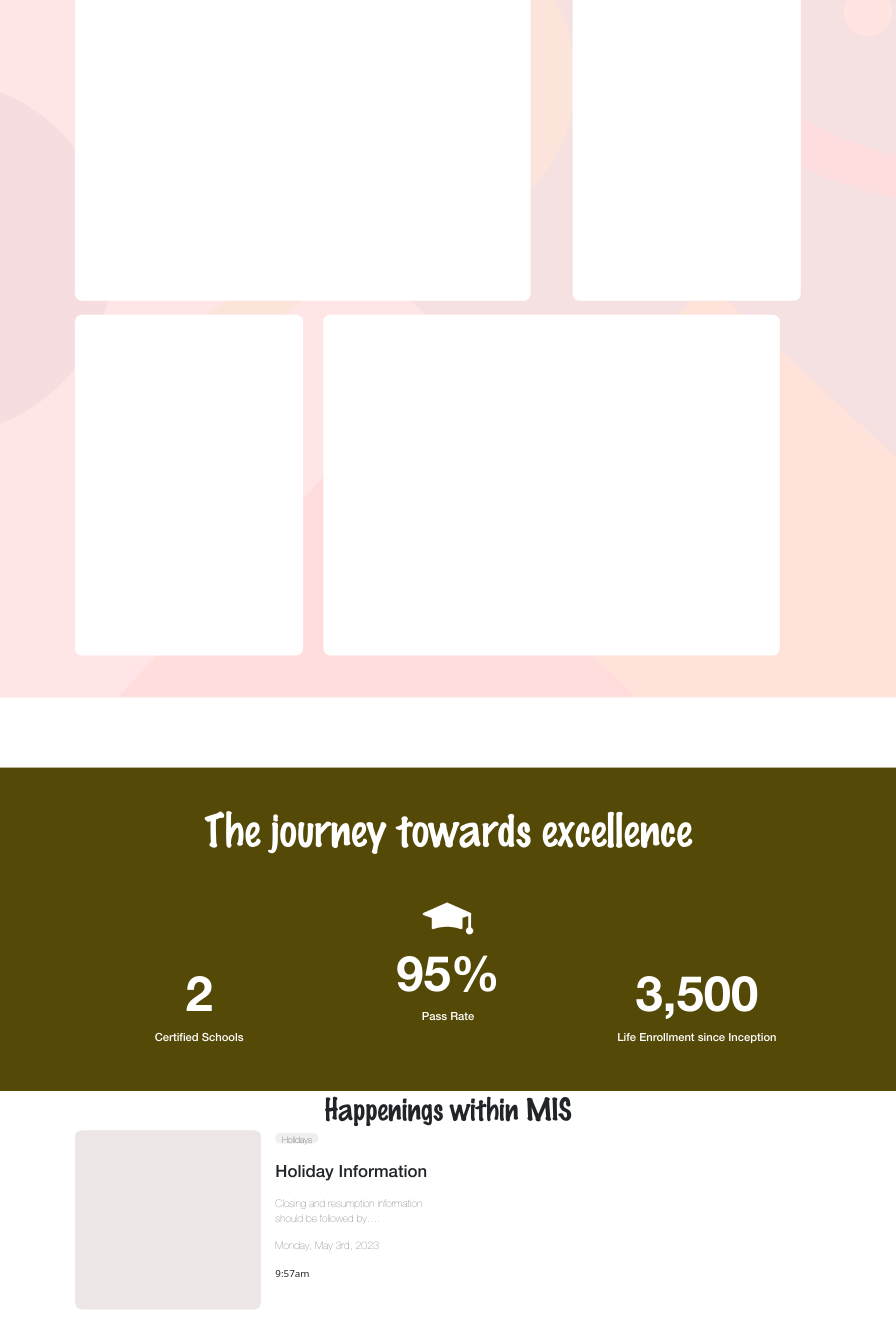
Repository: sarahnnanyelugo/MIGS
Page: /
An editor plug-in stored every save of this project. The page is shown before and after the next save, followed by the edit.
The browser window is 1280 px wide. The pictures show the part of the page from y = 2962 to 4882 px (the page is 4882 px tall), at 70% of full size.
The project was rebuilt for these pictures with package versions that can differ from the ones it lists, and the page was loaded fresh each time.

Above is the page before, as saved 2023-05-30 13:45:59.

After the next save:
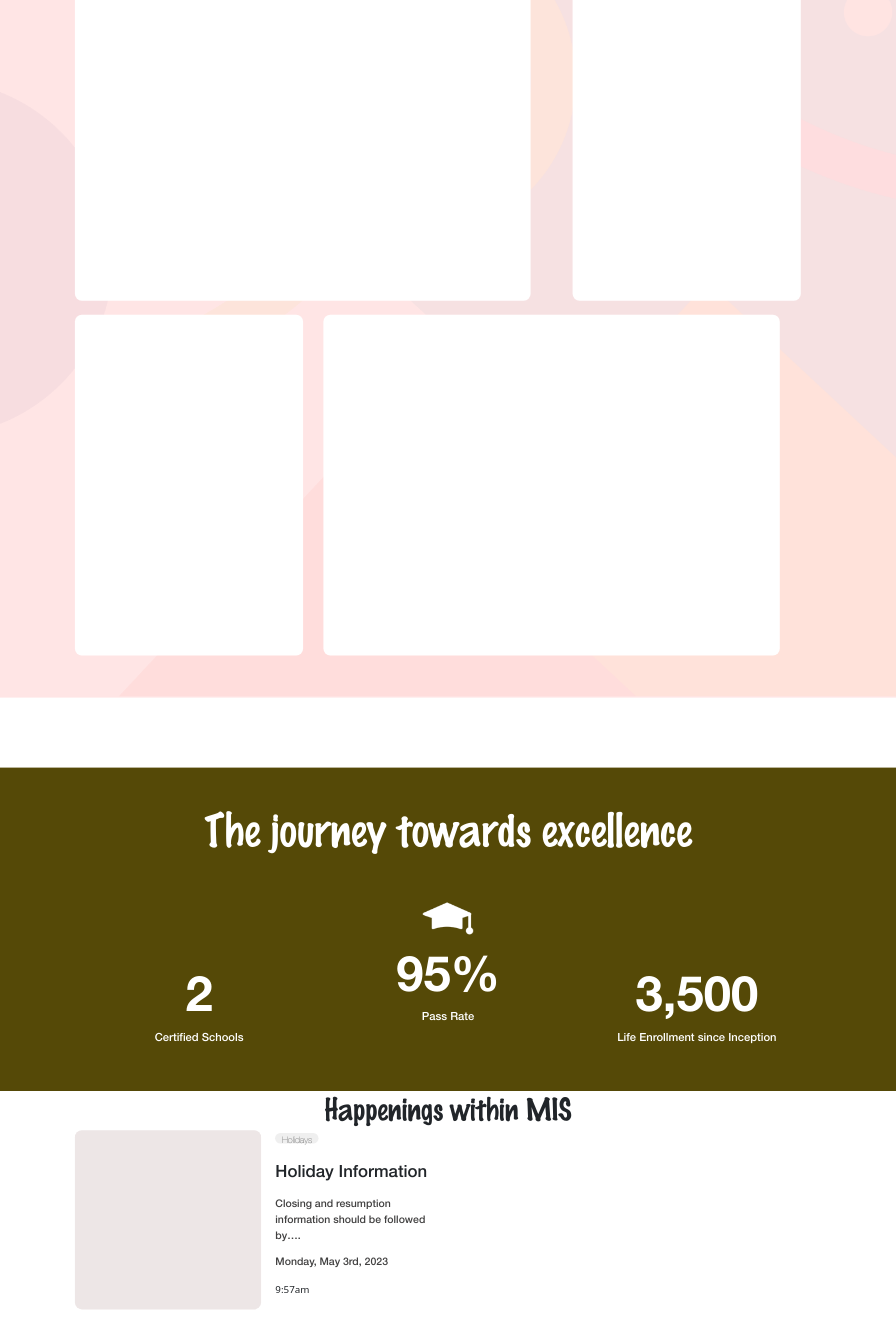
Saved 16 s later.
--- a/src/pages/Home/home.scss
+++ b/src/pages/Home/home.scss
@@ -142,7 +142,7 @@
       border-radius: 35px;
     }
     p {
-      font-family: helveticaR;
+      font-family: helveticaM;
       color: #414040;
       font-size: 15px;
     }
